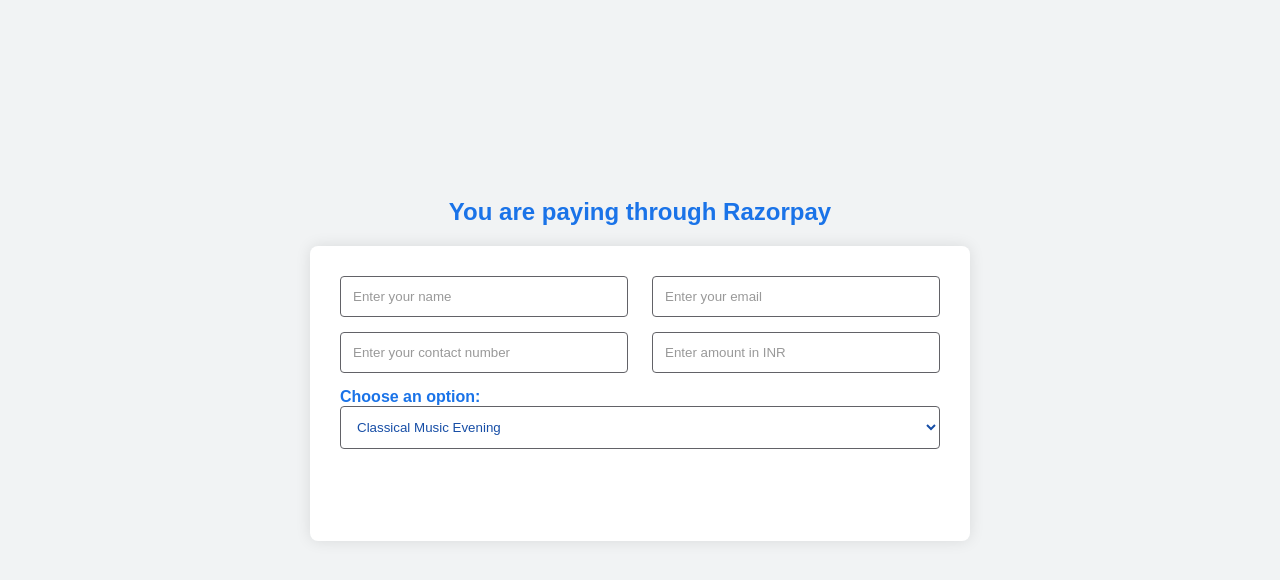
Repository: SharonSebastian32/razorpaypaymentgateway_implementation
Page: bookEventpage.html
The author's editor kept a copy of each file at every save. The page is drawn from the files as they stood at one save, then again after the next save.
The browser window is 1280 px wide. The pictures show the whole page.

Above is the page before, as saved 2024-08-09 07:16:56.

After the next save:
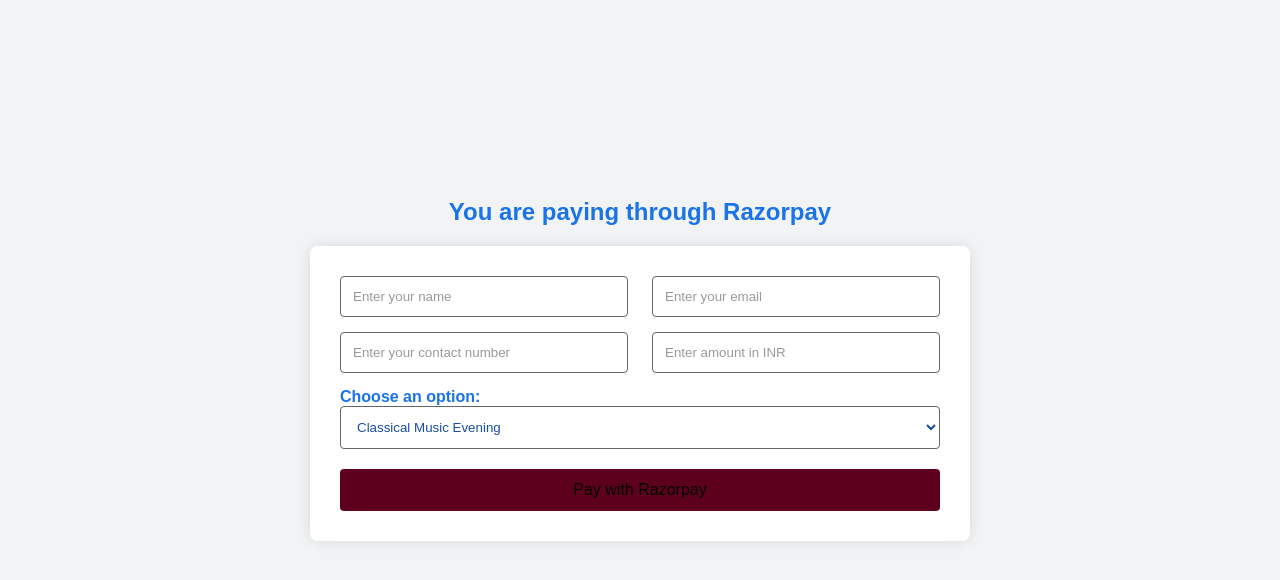
Saved 10 s later.
--- a/bookEventpage.html
+++ b/bookEventpage.html
@@ -81,7 +81,7 @@
         width: 100%;
         padding: 12px;
         background-color: #ffffff;
-        color: var(--white);
+                 background-color: #5d001e;
         border: none;
         border-radius: 4px;
         cursor: pointer;

After the save that followed:
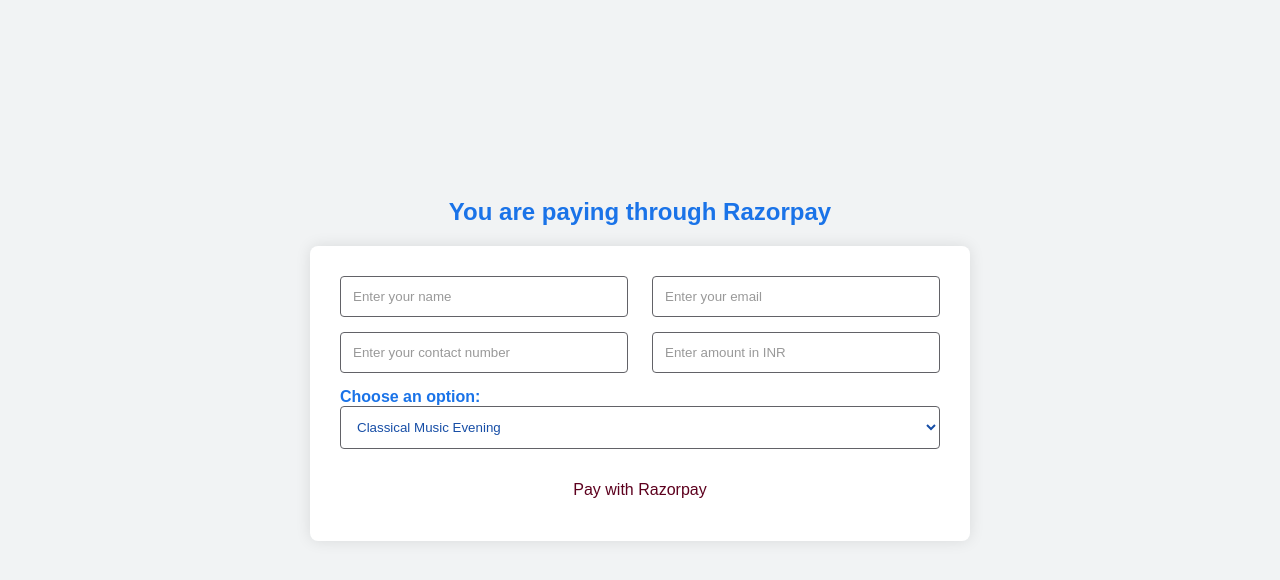
Saved 4 s later.
--- a/bookEventpage.html
+++ b/bookEventpage.html
@@ -81,7 +81,7 @@
         width: 100%;
         padding: 12px;
         background-color: #ffffff;
-                 background-color: #5d001e;
+                  color: #5d001e;
         border: none;
         border-radius: 4px;
         cursor: pointer;
